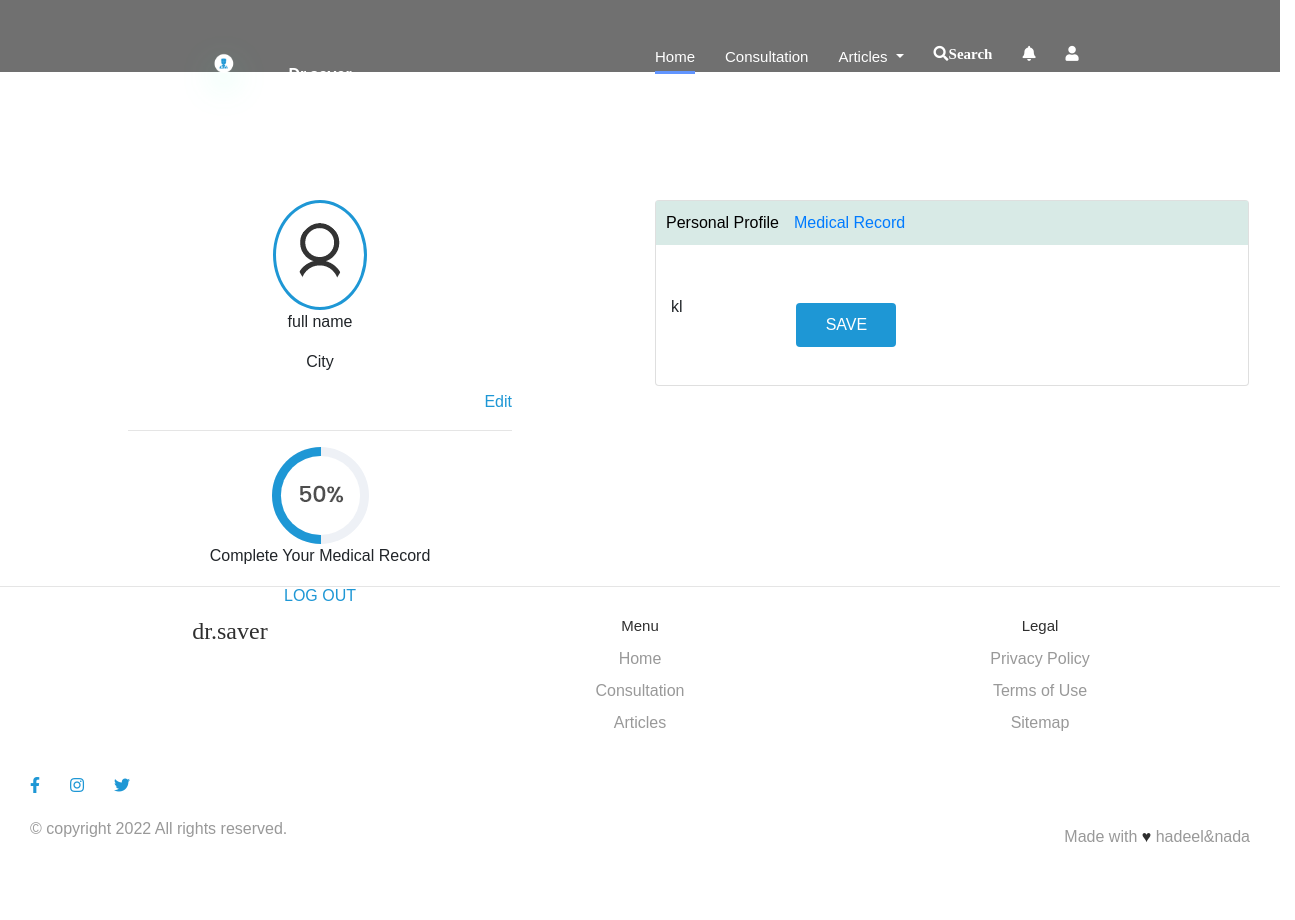
Repository: nsra/hadeel_doctor_system
Page: patient/Pprofile2.html
The author's editor kept a copy of each file at every save. The page is drawn from the files as they stood at one save, then again after a run of saves.
The browser window is 1280 px wide. The page is 1295 px wide, so the pictures cover 1295 px, including what lies to the right of the window. The pictures show the whole page.
Some web fonts or font styles are not loaded; a fallback is used. Some web libraries are served in a nearby version.

Above is the page before, as saved 2022-03-29 17:07:20.

### patient/Pprofile2.html
<!DOCTYPE html>
<html lang="en">
<head>
    <meta charset="UTF-8">
    <meta http-equiv="content-type" content="text/html; charset=UTF-8">
    <title>DrSaver</title>
    <link rel="shortcut icon" href="../assets/img/doctor.png" type="image/x-icon">
    <link rel="stylesheet" href="https://maxcdn.bootstrapcdn.com/bootstrap/4.0.0/css/bootstrap.min.css" integrity="sha384-Gn5384xqQ1aoWXA+058RXPxPg6fy4IWvTNh0E263XmFcJlSAwiGgFAW/dAiS6JXm" crossorigin="anonymous">
    <link rel="stylesheet" href="https://pro.fontawesome.com/releases/v5.10.0/css/all.css" integrity="sha384-AYmEC3Yw5cVb3ZcuHtOA93w35dYTsvhLPVnYs9eStHfGJvOvKxVfELGroGkvsg+p" crossorigin="anonymous"/>
    <link rel="stylesheet" href="../assets/css/style.css" type="text/css">
    <link rel="preconnect" href="https://fonts.gstatic.com">
    <link href="https://fonts.googleapis.com/css2?family=Tajawal:wght@700&display=swap" rel="stylesheet">
    <meta name="viewport" content="width=device-width, initial-scale=1, shrink-to-fit=no">
</head>
<body>

    <!--header-->
    <div class="header" style=" background-color: #707070;">
         <div class="container" >
<div class="header-content">
    <div class="logo">
        <img src=" ../assets/img/l2.png"  alt="logo image" draggable="false">
        <b>Dr.saver</b>
     </div>
       <ul class="nav">
         <li><a href="#" class="active">Home</a></li>
         <li><a href="#" >Consultation</a></li>
           <li class="nav-item dropdown">
            <a class="nav-link dropdown-toggle" href="#" id="navbarDropdown" role="button" data-toggle="dropdown" aria-haspopup="true" aria-expanded="false">
                Articles
            </a>
            <div class="dropdown-menu" aria-labelledby="navbarDropdown">
              <a class="dropdown-item" href="#">Action</a>
              <a class="dropdown-item" href="#">Another action</a>
              <div class="dropdown-divider"></div>
              <a class="dropdown-item" href="#">Something else here</a>
            </div>
          </li>
         <li><a href="#"class="icon fa fa-search fa-2x" >Search</a></li>

 <li><a href="#"class="icon fa fa-bell" >  </a></li>
          <li><a href="#"class="icon fa fa-user fa-2x" > </a></li>






     </ul>
     <div class="clear"></div>
</div>
  </div>
    </div>
     <!--profile section-->
     <div class="about pd-y"></div>
     <aside id="slide-out" class="sidebar white fixed">
        <div class="side-nav-wrapper">
            <div class="sidebar-profile">
                <div class="sidebar-profile-image">
                    <img src="../assets/img/pro.png" style="border: none;border-radius: 50%;border: solid #1E97D5;padding: 20px;" alt="">
                </div>
                <div class="sidebar-profile-info">

                </div>
            </div>

<p  >full name</p>
<p >City</p>
<span class="float-right" style="color: #1E97D5;">Edit</span>
<br><hr>

<img src="../assets/img/BG.png" alt="" >
<br>
<span>Complete Your Medical Record</span>
       <ul>
<li ><a  href="" style="color: #1E97D5;">LOG OUT</a> </li>
</ul>



        </div>
    </aside>


        <div class="row">
        <br>
            <div class="col s12">

            </div>
            <div class="col s12 m12 l6">
                <div class="card">
                    <div class="card-content">
                           <div  class="row" style="background-color: #D8EAE6; width: 100%;margin-left: 0;padding: 10px;">
                            <ul class="nav" >

                            <li><a href="#"style="color: #000;">Personal Profile</a></li>
                            <li><a href="#"style=" margin-left: 15px;" >Medical Record</a></li>
 </ul>
                            </div>   <form id="example-form" method="post" name="updatemp">

                                <section>
                                    <div class="wizard-content">
                                        <div class="row">
                                            <div class="col m6">
                                                <div class="row">

<ul>
    <li>kl</li>
</ul>


<div class="input-field col col-md-7  ">
    <center><button type="submit" name="change" style="padding:10px;color:#fff; width:100px;border:none;text-transform:uppercase" class="waves-effect waves-light btn indigo m-b-xs" onclick="">Save</button></center>

    </div>


                                            </div>
                                        </div>
                                    </div>
                                </section>




                        </form>



                    </div></div></div>
                    </div>





  <div class="about pd-y"></div>

    <!--footer section-->
<footer class="footer">

    <div class="footer__addr">
      <h1 class="footer__logo">Dr.saver</h1>


    </div>

    <ul class="footer__nav">
      <li class="nav__item">
        <h2 class="nav__title">Menu</h2>

        <ul class="nav__ul">
          <li>
            <a href="#">Home</a>
          </li>

          <li>
            <a href="#">Consultation</a>
          </li>

          <li>
            <a href="#">Articles</a>
          </li>
        </ul>
      </li>

      <li class="nav__item">
        <h2 class="nav__title">Legal</h2>

        <ul class="nav__ul">
          <li>
            <a href="#">Privacy Policy</a>
          </li>

          <li>
            <a href="#">Terms of Use</a>
          </li>

          <li>
            <a href="#">Sitemap</a>
          </li>
        </ul>
      </li>
    </ul>
    <div class="row">

        <div class="  col-lg-5 ">

            <div class="row float-left">
                <div class="socialItem">
                    <i class="fab fa-facebook-f"></i>
                </div>
                <div class="socialItem">
                    <i class="fab fa-instagram"></i>
                </div>
                <div class="socialItem">
                    <i class="fab fa-twitter"></i>
                </div>


            </div>
        </div>
    </div>
    <div class="legal">
      <p> &copy; copyright 2022 All rights reserved.</p>

      <div class="legal__links">
        <span>Made with <span class="heart">♥</span> hadeel&nada</span>
      </div>

    </div>
  </footer>
</body>
</html>

### assets/css/style.css
 /*common*/


.overlay{
    position:absolute;
    width:  100%;
    height: 100%;
    top: 0;
    left: 0;
    background-color: rgba(3, 3, 3, 0.7);
}
.hover-opacity{
    transition: opacity .5s;
}
.hover-opacity:hover{
opacity: 0.8;
}

/*general css*/
:root{
    --maincolor:#6195ff;
}
*{
    margin: 0;
    padding: 0;
    box-sizing: border-box;
}
ul{
    list-style: none;
}
.container{
    width: 80%;

    margin: auto;/*elment in the center*/
}
body{
    font-family: 'Varela Round', sans-serif;
}
.clear{
    clear: both;
}
h1,h2,h3,h4,h5,h6{
    font-family: montserrat,sans-serif;
}
button{
    font-family: inherit;
}
a{
    text-decoration: none;
}
.pd-y{
    padding: 100px 0;
}
.section-header{
    text-align: center;
    margin-bottom: 20px;
}
.section-header .section-title{
    font-size: 35px;
    text-transform: capitalize;
    margin-bottom: 10px;
}
.section-header .line{
display: block;
height: 5px;
width: 60px;
margin: 0 auto 70px auto;
background-color: var(--maincolor);
}

.ltr-effect,.tb-effect{
    position: relative;
}
.ltr-effect::after,.tb-effect::after{
position: absolute;
content: "";
top: 0;
right: 0;
left: 0;
bottom: 0;
background: #333;
z-index:-1 ;

}
.ltr-effect:hover::after{
width: 100%;
}
.ltr-effect::after{
    width: 0;
    transition: width 0.5s;
}
.tb-effect::after{
 height: 0;
 transition: height 0.5s;

}
.tb-effect:hover::after{
height: 100%;
}
/* header*/
.header{
    position:fixed;
    width: 100%;
    z-index: 15;
    height: 10%;
  }

 b{
     color: #ffff;

 }
.header .logo{
    width: 50%;
  float: left;
 }
.header .logo img{
    width: 120px;
    margin-left: 20px;
   }
.header .nav{
    width: 50%;
     float: left;
    list-style: none;
    text-align: right;
}
.header .nav > li{
    display: inline-block;

    text-align: right;
}
.header .nav > li > a{
    color: #fff;
    font-size: 15px;

    display: block;
    padding: 30px 15px;
}

.header .nav > li > a.active:after{
content: "";
display: block;
margin-top: 2px;
height: 3px;
background-color: #6195ff;
transition: width 0.5s;

}
.header .nav > li > a.active:after{
    width: 100%;
}

.header .nav > li > a:after{
width: 0;
}
.header .nav > li > a:hover::after{
    width: 100%;
    }
    .dropdown{
        position: relative;
    }
    .dropdown-menu{
        position: absolute;
        background: #6195ff;
        width: 150px;
        text-align: right;
        left: -50%;
        top: 70%;
        opacity: 0;
        visibility: hidden;
        transition: opacity 0.5s;
    }
    .dropdown-menu a{
        color:#fff;
        display: block;
        padding: 10px;

    }
    .dropdown:hover .dropdown-menu{
        opacity: 1;
        visibility:visible;
    }
/*Home section*/
.home{
    height: 100vh;
    background-image: url(../img/background.png);
    background-size: cover;
    position: relative;
}
.home-content{
    position: absolute;
    width: 65%;
    top: 50%;
    left: 50%;
    transform: translate(-50%,-50%);
    text-align: left;
}
.home .title{

margin: 20px 0;
color: var(--maincolor);
letter-spacing: 2px;
line-height: 1.5;
}
.home .home-desc{
    color: #fff;
    font-size: 3.5rem;
    text-transform: uppercase;
}
.home .btn{
    max-width: 150px;
    padding: 15px 0;
    border-radius: 5px;
    border: 0;
    cursor: pointer;
    font-size: 18px;
}

.home .btn-learn{
    background-color: #6195ff;
    color:#fff;

}

nav{
    font-size: 18px;
}
.navbar-light .navbar-brand{
    font-size: 32px;
 }

.navbar-light .navbar-nav .nav-link{
    color: black;
}

 #cplue{
     color:#1E97D5 ;
 }
 .bplue{
background-color: #dce0e4;
 color: #1E97D5;
 }
 .fleft{
     position: relative;
     margin-top: 11%;
    margin-right: 20%;
 }
 .fright{
     position:absolute;
     right:25%;
     top: 20%;
 }
 .pcol{
     color: rgb(189, 185, 185);
     font-size: small;
 }

/*About section*/

.about-content{
    overflow: hidden;
}
.about-item{
     width: 30%;
    float: left;
text-align: center;
border: 1px solid #e8e8e8;
padding: 50px 20px;
}

.about-item.mg{
    margin: 0 5%;
}
.about-item:hover .about-item-title{
    color: #fff;
}
.about-item .icon{
    color: #6195ff;
    margin-bottom: 10px;
}
.about-item-title{
    text-transform: capitalize;
    margin-bottom: 10px;
    transition: color 0.5s;
}
.about-item-desc{
    line-height: 1.6;
    margin-bottom: 10px;
    color:#999 ;
}
.about-item-link{
color: #6195ff;
text-transform: capitalize;
}

/*number section*/
.numbers{
    position: relative;
    background-image: url(../img/background.png);
    background-size: cover;
    background-attachment: fixed;
    height: 300px;
}
.numbers-item{
    overflow: hidden;

}
.number-item{
width: 25%;
float: left;
text-align: center;
}
.number-item .icon{
    color: #6195ff;
    margin-bottom: 15px;
}
.number-item-title{
    font-weight: bold;
    font-size: 30px;
    color: #fff;

}
.number-item-text{
    color: #fff;
}

/*Blog page*/
.blog{
    background: #f9f9f9;
}

.blog-content{
    overflow: hidden;
}
.blog-item{
    width: 30%;
    float: left;
    background: #fff;
}
.blog-item-img img{
width: 100%;
}

.blog-info{
    padding: 20px;
}

.blog-list{
    list-style: none;
    margin: 20px 0;
}
.blog-list li{
    display: inline-block;
    margin: 0 5px;
}

.blog-list li i{
    color: #6195ff;
}
.blog-title{
    font-weight: bold;
    margin: 20px 0;
}
.blog-desc{
    color: #999;
    margin-bottom: 10px;
    line-height: 1.5;
 }
.blog-link{
    color: #6195ff;
}
.blog-item.mg{
    margin: 0 5%;
}

/*contact section*/

/*footer section*/
.footer{
    background: #1c1d23;
    text-align: center;
    padding: 60px 0;
}
.footer-links{
    list-style: none;
    margin: 20px 0;
}
.footer-links li{
    display: inline-block;

}
.footer-links li a{
    display: block;
    width: 50px;
    height: 50px;
    background: #6195ff;
    color: #fff;
    margin: 0 5px;
    border-radius: 50%;
}
.footer-links li a i{
    line-height: 50px;
}

.footer .copyright{
    color: #999;
    font-size: 15px;
    text-transform: uppercase;
}

 /********login******/


  /* Full-width inputs */
  input[type=text], input[type=password] ,input[type=email],input[type=number],input[type=date],input[type=submit]{
    width: 100%;
    padding: 12px 20px;
    margin: 10px 0 ;

    display:flex;
    border: none;
    border-bottom: 1px solid #ccc;

  }

  /* Set a style for all buttons */
  button {
    background-color: #1E97D5;
    color: white;
    padding: 14px 20px;
    margin: 8px 0;
    border: none;
    cursor: pointer;
    width: 40%;

    border-radius: 5px;
  }
  .but{
    padding-top: 10%;
  margin-left: 10%;

    align-items: center;
  }
  /* Add a hover effect for buttons */
  button:hover {
    opacity: 0.8;
  }



  /* Add padding to containers */
  .container {
    padding: 16px;

  }

  .psw{
      margin-left: 60px;
  }
  .signbtn{
      color: #000;
      background-color: #fff;
      border: 1px solid #1E97D5;
  }
  .signbtn:hover{
    background-color: #1E97D5;
    opacity: 0.8;
  }
  .fname{
    position: relative;
  margin-right: 10%;
  }
  .lname {
    position: absolute;
    top: 20%;
    left: 50%;
  }

  /* Change styles for span and cancel button on extra small screens */
  @media screen and (max-width: 300px) {
    span.psw {
      display: block;
      float: none;
    }
    .cancelbtn {
      width: 100%;
    }
  }

.rate{
    margin: 10px;
    float: left;
    background: #eeeeee;
    border-radius: 30px;
}
.rate i{
    color: #ffdb00;
}

.footer {
    display: flex;
    flex-flow: row wrap;
    padding: 30px 30px 20px 30px;
    color: #2f2f2f;
    background-color: #fff;
    border-top: 1px solid #e5e5e5;
  }

  .footer > * {
    flex:  1 100%;
  }

  .footer__addr {
    margin-right: 1.25em;
    margin-bottom: 2em;
  }

  .footer__logo {
    font-family: 'Pacifico', cursive;
    font-weight: 400;
    text-transform: lowercase;
    font-size: 1.5rem;
  }

  .footer__addr h2 {
    margin-top: 1.3em;
    font-size: 15px;
    font-weight: 400;
  }

  .nav__title {
    font-weight: 400;
    font-size: 15px;
  }

  .footer address {
    font-style: normal;
    color: #999;
  }

  .footer__btn {
    display: flex;
    align-items: center;
    justify-content: center;
    height: 36px;
    max-width: max-content;
    background-color: rgb(33, 33, 33, 0.07);
    border-radius: 100px;
    color: #2f2f2f;
    line-height: 0;
    margin: 0.6em 0;
    font-size: 1rem;
    padding: 0 1.3em;
  }

  .footer ul {
    list-style: none;
    padding-left: 0;
  }

  .footer li {
    line-height: 2em;
  }

  .footer a {
    text-decoration: none;
  }

  .footer__nav {
    display: flex;
      flex-flow: row wrap;
  }

  .footer__nav > * {
    flex: 1 50%;
    margin-right: 1.25em;
  }

  .nav__ul a {
    color: #999;
  }

  .nav__ul--extra {
    column-count: 2;
    column-gap: 1.25em;
  }

  .legal {
    display: flex;
    flex-wrap: wrap;
    color: #999;
  }

  .legal__links {
    display: flex;
    align-items: center;
  }

.social{
    padding-top: 50px;
    margin-left: 700px;

}
.socialItem{
   color: #1E97D5;
    border-radius: 50%;
    line-height: 2;
    margin: 15px;
}
.socialItem:hover{
    background: #6db4e4;
    border:  2px white;

}
  .heart {
    color: #2f2f2f;
  }

  @media screen and (min-width: 24.375em) {
    .legal .legal__links {
      margin-left: auto;
    }
  }

  @media screen and (min-width: 40.375em) {
    .footer__nav > * {
      flex: 1;
    }

    .nav__item--extra {
      flex-grow: 2;
    }

    .footer__addr {
      flex: 1 0px;
    }

    .footer__nav {
      flex: 2 0px;
    }
  }
/******** about page ***********/
.heroSection img{
    border-radius: 30px;
}
/******** Pprofile page ***********/

.sidebar {
  margin: 0;
  margin-left: 10%;
  padding: 0;
  width: 30%;
  text-align: center;
  position: absolute;
  height: 100%;
  overflow: auto;

}
 .sidebar a {
  display: block;
  color: black;
  padding: 16px;
  text-decoration: none;
}

@media screen and (max-width: 700px) {
  .sidebar {
    width: 100%;
    height: auto;
    position: relative;
  }
  .sidebar a {float: left;}
  div.content {margin-left: 0;}
}

@media screen and (max-width: 400px) {
  .sidebar a {
    text-align: center;
    float: none;
  }
}


.card{
  width: 95%;
 }

.update{

border: none;
margin-left: 100px;
color: white;
padding: 15px 32px;
text-align: center;
text-decoration: none;
display: inline-block;
font-size: 16px;
}

 ul{
  list-style-type: none;
 }

 input,select{
  height: 30px;
  border:none;
  border-bottom: 1px solid gray;
  outline: none;
 width: 100%;

}
.staryel{
     color: yellow;
 }
form{
display: flex;

width: 100%;
height: 90%;
margin-top:20px;
padding:30px;
display: flex;

flex-direction: column;
justify-content: space-around;
border-radius: 5px;

}

After the next 4 saves:
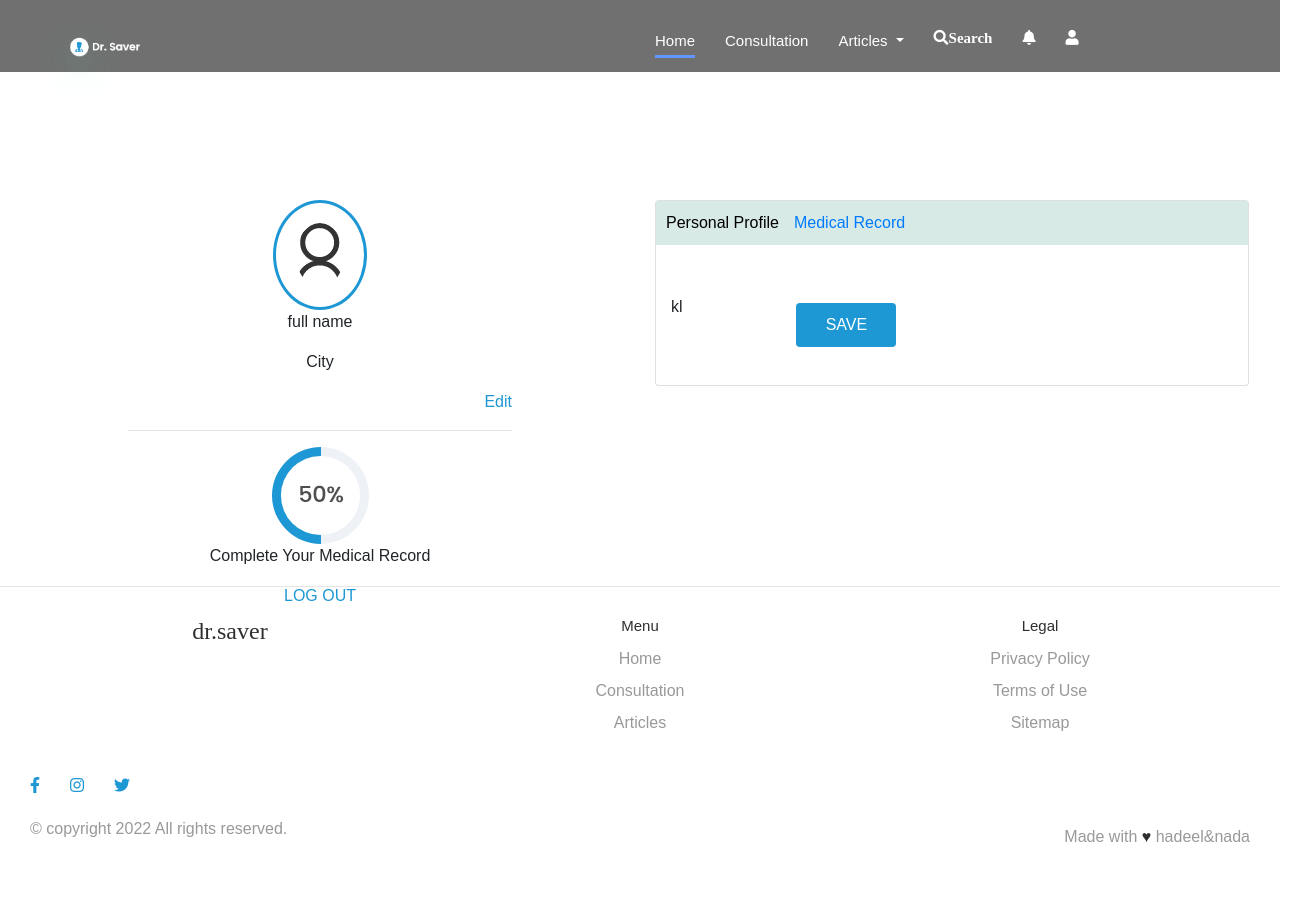
The 4 saves are shown as one change because they came seconds apart.
The last was saved 23 s later.
--- a/patient/Pprofile2.html
+++ b/patient/Pprofile2.html
@@ -16,12 +16,11 @@
 
     <!--header-->
     <div class="header" style=" background-color: #707070;">
-         <div class="container" >
+
 <div class="header-content">
     <div class="logo">
-        <img src=" ../assets/img/l2.png"  alt="logo image" draggable="false">
-        <b>Dr.saver</b>
-     </div>
+        <img src=" ../assets/img/DrSaver.png"  alt="logo image" draggable="false">
+      </div>
        <ul class="nav">
          <li><a href="#" class="active">Home</a></li>
          <li><a href="#" >Consultation</a></li>
